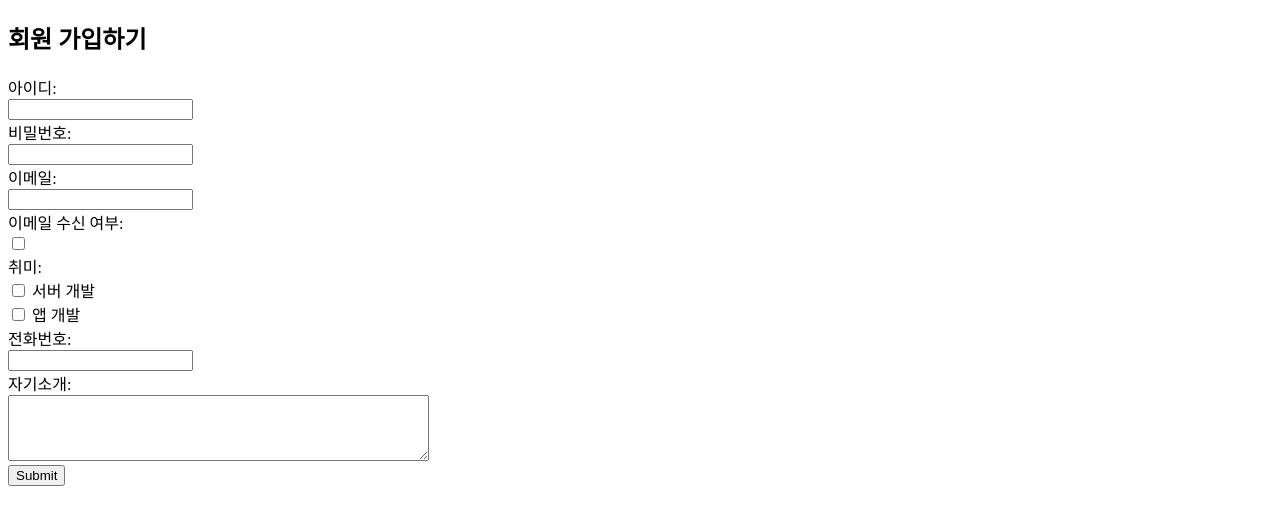
Repository: dnwpdud/WEB_CODES
Page: http://localhost/Homepage_WJO/memberRegister.jsp
The author's editor kept a copy of each file at every save. The page is drawn from the files as they stood at one save, then again after the next save.
The browser window is 1280 px wide. The pictures show the whole page.
The page is served by Tomcat 9.

Above is the page before, as saved 2024-04-03 07:06:21.

After the next save:
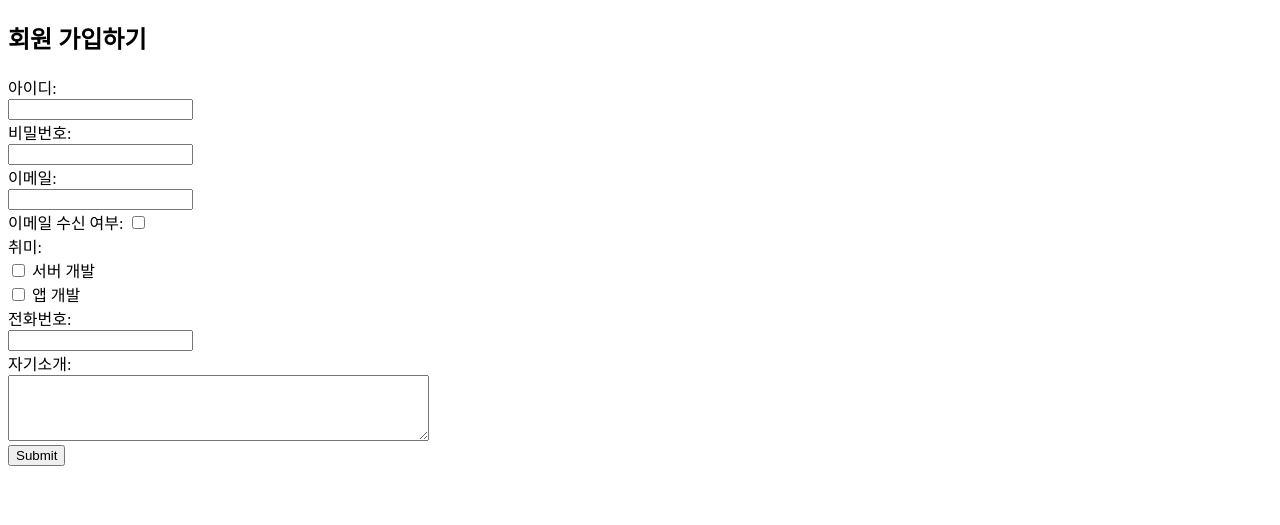
Saved 12 s later.
--- a/Homepage_WJO/src/main/webapp/memberRegister.jsp
+++ b/Homepage_WJO/src/main/webapp/memberRegister.jsp
@@ -25,7 +25,7 @@
     <label for="email">이메일:</label><br>
     <input type="email" id="email" name="email" required><br>
 
-    <label for="emailAgree">이메일 수신 여부:</label><br>
+    <label for="emailAgree">이메일 수신 여부:</label>
     <input type="checkbox" id="emailAgree" name="emailAgree" value="agree" required><br>
 
     <label for="interest">취미:</label><br>
